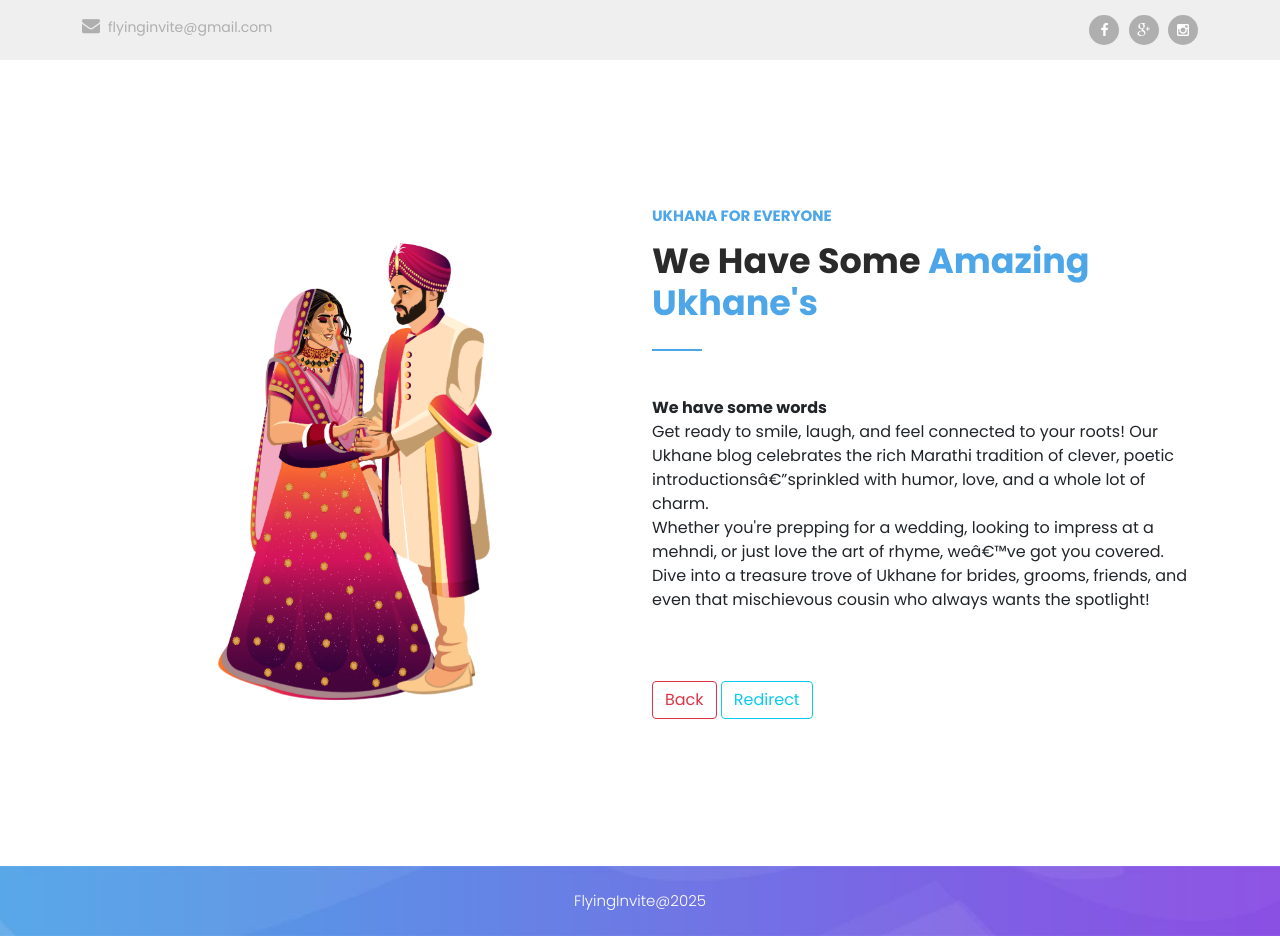
Repository: viraj7551/Flying-Invite-Project
Page: http://localhost/FlyingInvite/entertainment.jsp
These files come from the project's save history. The page is drawn as it stood at one moment and after the next save; the edit follows.
The browser window is 1280 px wide. The pictures show the whole page.
The page is served by Tomcat 9.

Above is the page before, as saved 2025-04-20 13:41:22.

After the next save:
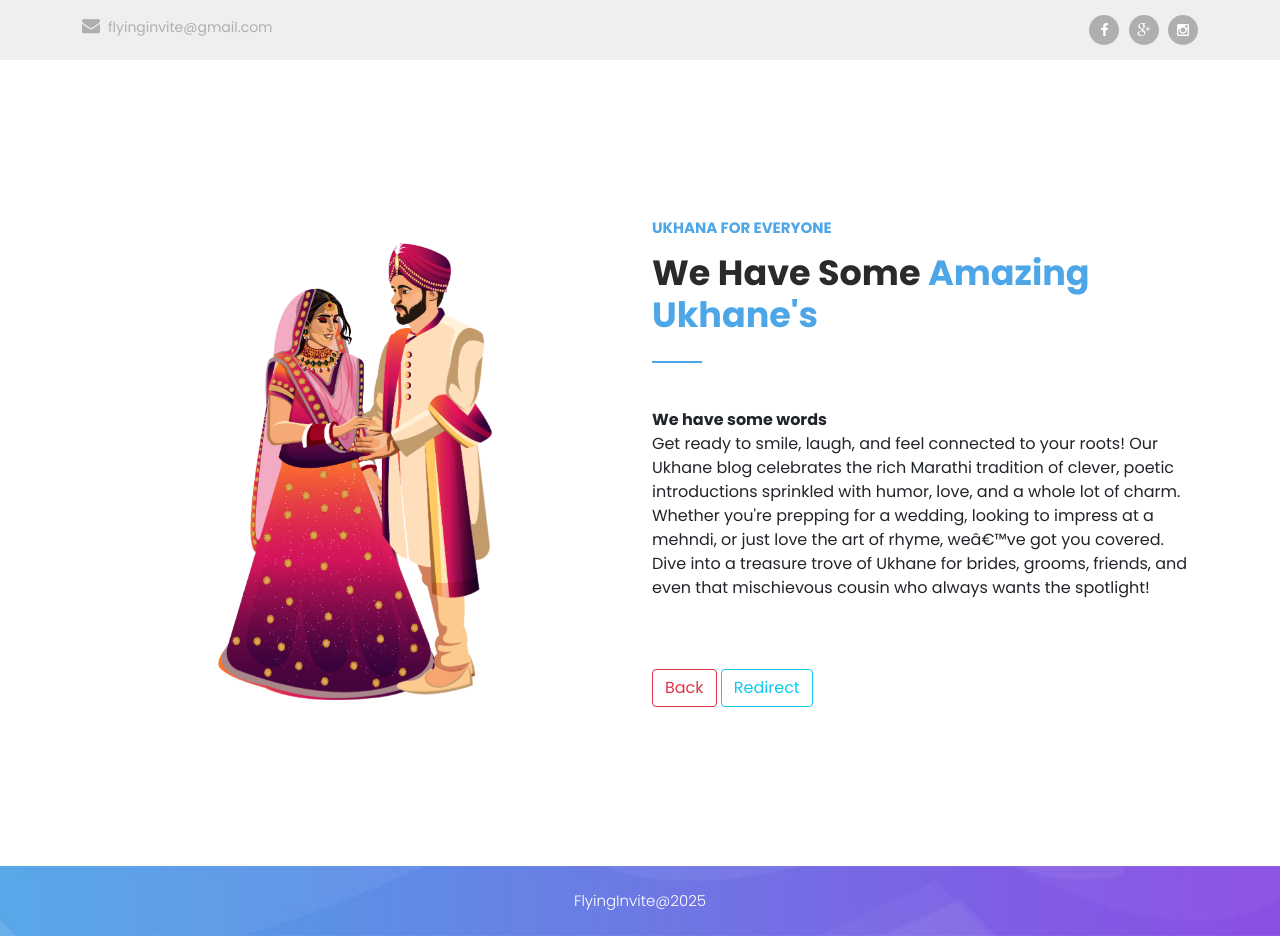
Saved 45 s later.
--- a/FlyingInvite/WebContent/entertainment.jsp
+++ b/FlyingInvite/WebContent/entertainment.jsp
@@ -91,7 +91,7 @@
 
                 <p>
                     <ul><strong>We have some words</strong>
-                      <li> Get ready to smile, laugh, and feel connected to your roots! Our Ukhane blog celebrates the rich Marathi tradition of clever, poetic introductions—sprinkled with humor, love, and a whole lot of charm.</li>
+                      <li> Get ready to smile, laugh, and feel connected to your roots! Our Ukhane blog celebrates the rich Marathi tradition of clever, poetic introductions sprinkled with humor, love, and a whole lot of charm.</li>
                       <li>Whether you're prepping for a wedding, looking to impress at a mehndi, or just love the art of rhyme, we’ve got you covered. Dive into a treasure trove of Ukhane for brides, grooms, friends, and even that mischievous cousin who always wants the spotlight!</li>
                     </ul> <br>
                 </p>
